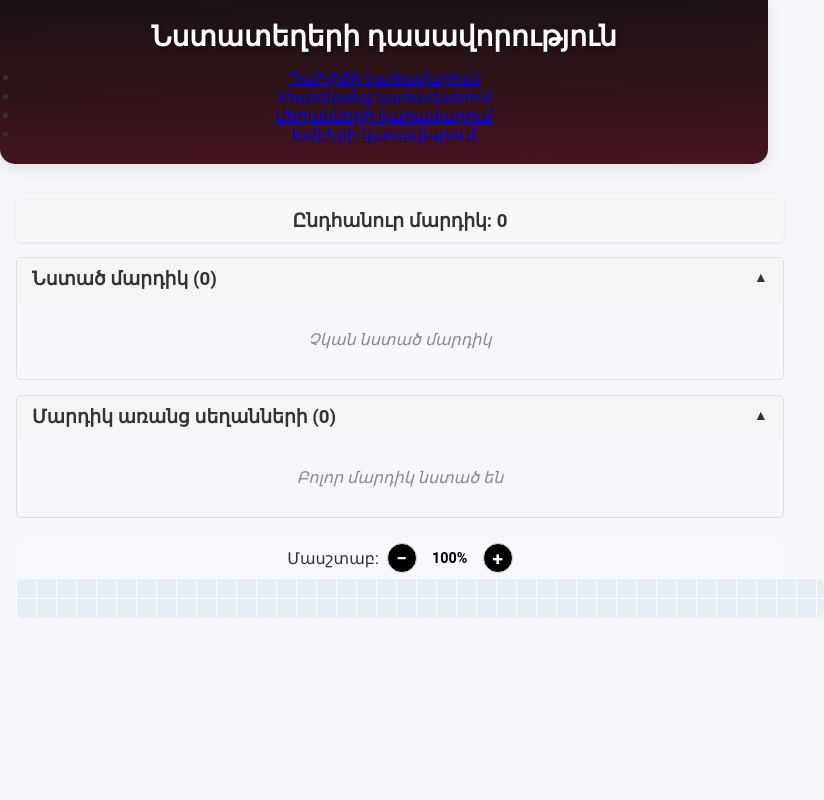
Repository: Vahan-23/Table-V2
Page: /
An editor plug-in stored every save of this project. The page is shown before and after the next save, followed by the edit.
The browser window is 768 px wide. The page is 824 px wide, so the pictures cover 824 px, including what lies to the right of the window. The pictures show the whole page.
The project was rebuilt for these pictures with package versions that can differ from the ones it lists, and the page was loaded fresh each time.

Above is the page before, as saved 2025-03-03 19:16:11.

### src/component/App.css
/* Modern styles for the Seating Arrangement app */

* {
  margin: 0;
  padding: 0;
  font-family: 'Roboto', 'Segoe UI', Arial, sans-serif;
}

body {
  background-color: #f5f7fb;
  color: #333;
}

.app-container {
  display: flex;
  flex-direction: column;
  min-height: 100vh;
}

/* Header Styles */
.app-header {
  background: linear-gradient(179deg, #181213 0%, rgb(71 20 31) 100%);
  padding: 20px;
  border-radius: 0 0 15px 15px;
  box-shadow: 0 4px 15px rgba(0, 0, 0, 0.1);
  margin-bottom: 20px;
}

.header-content {
  display: flex;
  justify-content: space-between;
  align-items: center;
  max-width: 1600px;
  margin: 0 auto;
  width: 100%;
  flex-direction: column;
}

.logo {
  color: white;
  font-size: 28px;
  font-weight: bold;
  text-shadow: 2px 2px 4px rgba(0, 0, 0, 0.3);
  margin-bottom: 15px;
}

.header-controls {
  background: rgba(255, 255, 255, 0.15);
  backdrop-filter: blur(10px);
  padding: 15px;
  border-radius: 12px;
  box-shadow: inset 0 1px 1px rgba(255, 255, 255, 0.1), 0 1px 2px rgba(0, 0, 0, 0.1);
  display: flex;
  width: 80%;
}

.control-group {
  display: flex;
  flex-wrap: wrap;
  gap: 1rem;
  width: 100%;
}

.input-group {
  display: flex;
  gap: 10px;
  margin-bottom: 15px;
  align-items: center;
  justify-content: center;
}

.input-field {
  /* flex: 1; */
  padding: 10px 15px;
  border-radius: 8px;
  border: none;
  font-size: 16px;
  box-shadow: 0 2px 5px rgba(0, 0, 0, 0.1);
}

.input-field2 {
  /* flex: 1; */
  padding: 10px 15px;
  border-radius: 8px;
  border: none;
  font-size: 16px;
  box-shadow: 0 2px 5px rgba(0, 0, 0, 0.1);
}

.input-group input,
.table-controls input {
  height: 38px;
  padding: 0.5rem;
  border: 1px solid #ddd;
  border-radius: 4px;
  outline: none;
  transition: border-color 0.2s;
}

.input-group input:focus,
.table-controls input:focus {
  border-color: #2563eb;
}

.group-input-container {
  position: relative;
  flex: 1;
}

.group-dropdown {
  position: absolute;
  top: 100%;
  left: 0;
  width: 100%;
  max-height: 200px;
  overflow-y: auto;
  z-index: 10;
  background-color: white;
  border: none;
  border-radius: 8px;
  box-shadow: 0 4px 12px rgba(0, 0, 0, 0.15);
  margin-top: 5px;
}

.dropdown-item {
  padding: 10px 15px;
  cursor: pointer;
  border-bottom: 1px solid #eee;
  transition: background-color 0.2s;
}

.dropdown-item:hover {
  background-color: #f5f5f5;
}

.dropdown-item-new {
  padding: 10px 15px;
  cursor: pointer;
  background-color: #f0f0f0;
  font-style: italic;
  border-radius: 0 0 8px 8px;
  z-index: 2;
}

.dropdown-empty {
  padding: 10px 15px;
  color: #666;
}

button {
  cursor: pointer;
  border: none;
  border-radius: 4px;
  padding: 0.5rem 1rem;
  font-weight: 500;
  transition: all 0.2s;
}

.primary-btn {
  width: 100%;
  height: 53px;
  background-color: #2563eb;
  color: white;
  border: none;
  border-radius: 8px;
  font-weight: bold;
  cursor: pointer;
  box-shadow: 0 2px 5px rgba(0, 0, 0, 0.1);
  transition: transform 0.2s, background-color 0.2s;
}

.primary-btn:hover {
  background-color: #1d4ed8;
}

.add-person-btn {
  /* margin-left: 30px; */
  padding: 21px 20px;
  background-color: #2ecc71;
  color: white;
}

.add-person-btn:hover {
  background-color: #27ae60;
  transform: translateY(-2px);
}

.secondary-btn {
  padding: 8px 15px;
  background-color: rgba(255, 255, 255, 0.2);
  color: white;
  border: 1px solid rgba(255, 255, 255, 0.4);
  border-radius: 6px;
  cursor: pointer;
  transition: background-color 0.2s;
}

.secondary-btn:hover {
  background-color: rgba(255, 255, 255, 0.3);
}

.table-controls {
  display: flex;
  align-items: center;
  gap: 10px;
  margin-bottom: 15px;
  flex-direction: column;
}

.chair-count-input {
  height: 38px;
  padding: 0.5rem;
  border: 1px solid #ddd;
  border-radius: 4px;
  outline: none;
  transition: border-color 0.2s;
}

.add-table-btn {
  flex: 1;
  padding: 21px 15px;
  background-color: #3498db;
  color: white;
}

.add-table-btn:hover {
  background-color: #2980b9;
  transform: translateY(-2px);
}

.create-all-tables-btn {
  flex: 2;
  padding: 13px 15px;
  background-color: #9b59b6;
  color: white;
}

.create-all-tables-btn:hover {
  background-color: #8e44ad;
  transform: translateY(-2px);
}

/* Bottom controls section */
.bottom-controls {
  display: flex;
  justify-content: space-between;
  align-items: center;
}

/* Save controls */
.save-controls {
  display: flex;
  align-items: center;
  gap: 0.5rem;
}

/* Zoom controls */
.zoom-controls {
  display: flex;
  align-items: center;
  gap: 8px;
  background-color: rgba(255, 255, 255, 0.2);
  padding: 5px 10px;
  border-radius: 6px;
  justify-content: center;
}

.zoom-btn {
  width: 30px;
  height: 30px;
  border-radius: 50%;
  border: none;
  background-color: rgba(255, 255, 255, 0.3);
  color: white;
  font-size: 18px;
  font-weight: bold;
  cursor: pointer;
  display: flex;
  justify-content: center;
  align-items: center;
}

.zoom-controls button {
  width: 30px;
  height: 30px;
  display: flex;
  align-items: center;
  justify-content: center;
  background-color: #000000;
  border-radius: 50%;
  font-size: 1.2rem;
  padding: 0;
}

.zoom-controls span {
  font-size: 0.9rem;
  min-width: 50px;
  text-align: center;
}

.zoom-percentage {
  color: rgb(0, 0, 0);
  font-weight: bold;
}

/* Groups Container */
.groups-container {
  background-color: rgba(255, 255, 255, 0.1);
  border-radius: 12px;
  padding: 15px;
  margin-top: 15px;
  box-shadow: 0 2px 10px rgba(0, 0, 0, 0.1);
  border: 1px solid rgba(255, 255, 255, 0.2);
}

.groups-header {
  display: flex;
  flex-direction: column;
  gap: 10px;
}

.groups-header h3 {
  color: #ffffff;
  font-size: 1rem;
  font-weight: 500;
}

.groups-title {
  margin: 0 0 10px 0;
  font-size: 20px;
  color: white;
  font-weight: 600;
  border-bottom: 2px solid rgba(255, 255, 255, 0.5);
  padding-bottom: 5px;
  display: inline-block;
}

.groups-wrapper {
  display: flex;
  flex-wrap: nowrap;
  gap: 12px;
  overflow-x: auto;
  padding: 5px 0;
  max-height: 100px;
  max-width: 100%;
  scrollbar-width: thin;
  scrollbar-color: rgba(255, 255, 255, 0.5) transparent;
}

.groups-wrapper::-webkit-scrollbar {
  height: 6px;
  width: 6px;
}

.groups-wrapper::-webkit-scrollbar-track {
  background: #f1f1f1;
  border-radius: 10px;
}

.groups-wrapper::-webkit-scrollbar-thumb {
  background: #3498db;
  border-radius: 10px;
}

.groups-wrapper::-webkit-scrollbar-thumb:hover {
  background: #2980b9;
}

/* Main Content */
.main-content {
  display: flex;
  flex: 1;
  padding: 1rem;
  gap: 20px;
  max-width: 1600px;
  margin: 0 auto;
  width: 100%;
}

/* Sidebar */
.sidebar {
  width: 300px;
  flex-shrink: 0;
}

.unseated-people-list,
.people-list {
  background-color: white;
  border-radius: 8px;
  padding: 15px;
  margin-top: 20px;
  box-shadow: 0 2px 8px rgba(0, 0, 0, 0.1);
  margin-bottom: 1.5rem;
}

.unseated-people-list h3,
.people-list h3 {
  margin-top: 0;
  margin-bottom: 15px;
  color: #333;
  font-size: 18px;
  font-weight: 600;
  border-bottom: 1px solid #e5e7eb;
  padding-bottom: 0.5rem;
}

.unseated-people-grid,
.people-grid {
  display: grid;
  grid-template-columns: repeat(auto-fill, minmax(120px, 1fr));
  gap: 10px;
}

.unseated-person-card,
.person-card {
  position: relative;
  background-color: #f9f9f9;
  border-radius: 6px;
  padding: 10px;
  box-shadow: 0 1px 3px rgba(0, 0, 0, 0.1);
  font-size: 0.9rem;
  display: flex;
  justify-content: space-between;
  align-items: center;
}

.person-card {
  flex-direction: column;
  align-items: flex-start;
  gap: 0.25rem;
}

.person-name {
  display: block;
  font-weight: bold;
  font-size: 14px;
  margin-bottom: 4px;
}

.person-group {
  display: block;
  font-size: 12px;
  color: #666;
}

.group-tag {
  background-color: #e0e7ff;
  color: #4f46e5;
  border-radius: 4px;
  padding: 0.15rem 0.4rem;
  font-size: 0.75rem;
  font-weight: 500;
}

.delete-btn {
  position: absolute;
  top: 5px;
  right: 5px;
  width: 20px;
  height: 20px;
  border-radius: 50%;
  background-color: #e74c3c;
  color: white;
  border: none;
  display: flex;
  align-items: center;
  justify-content: center;
  font-size: 10px;
  cursor: pointer;
  opacity: 0.7;
  transition: opacity 0.2s;
}

.delete-btn:hover {
  background-color: #fee2e2;
  opacity: 1;
}

/* Tables Area */
.tables-area {
  background-image: linear-gradient(rgba(255, 255, 255, 0.8) 1px, transparent 1px),
    linear-gradient(90deg, rgba(255, 255, 255, 0.8) 1px, transparent 1px);
  background-size: 20px 20px;
  background-color: #e6eef5;
  flex: 1;
  min-height: 600px;
  border-radius: 8px;
  padding: 20px;
  position: relative;
  transform-origin: top left;
  display: flex;
  flex-wrap: wrap;
  gap: 2rem;
  align-content: flex-start;
  min-height: 70vh;
}

/* Table Styles */
.table-container {
  background-color: white;
  border-radius: 10px;
  box-shadow: 0 4px 12px rgba(0, 0, 0, 0.08);
  padding: 1rem;
  width: fit-content;
  margin-bottom: 20px;
  flex-shrink: 0;
}

.table-header {
  display: flex;
  justify-content: space-between;
  align-items: center;
  margin-bottom: 1rem;
}

.table-header h3 {
  font-size: 1rem;
  font-weight: 600;
  color: #374151;
}

.delete-table-btn {
  background-color: #fee2e2;
  color: #ef4444;
  font-size: 0.8rem;
  padding: 0.25rem 0.5rem;
}

.delete-table-btn:hover {
  background-color: #fecaca;
}

.table {
  margin: 20px;
  width: 200px;
  height: 200px;
  border: 50px solid #e7d8c7;
  border-radius: 50%;
  display: flex;
  justify-content: center;
  align-items: center;
  background-image: url('../../public/table.jpg');
  background-size: cover;
}

.table-top {
  position: relative;
  top: -15%;
  left: -15%;
}

.chair {
  position: absolute;
  width: 60px;
  height: 60px;
  background-size: cover;
  background-position: center;
  background-repeat: no-repeat;
  color: white;
  display: flex;
  justify-content: center;
  align-items: center;
  border-radius: 50%;
  font-size: 12px;
  text-align: center;
  cursor: pointer;
  transition: transform 0.2s ease, opacity 0.2s ease;
}

.chair:hover {
  transform: scale(1.1);
  opacity: 0.7;
}

/* New Table Dropzone */
.new-table-dropzone {
  width: 300px;
  height: 200px;
  border: 2px dashed #3498db;
  border-radius: 8px;
  display: flex;
  align-items: center;
  justify-content: center;
  background-color: rgba(52, 152, 219, 0.05);
  transition: all 0.3s;
  margin-bottom: 20px;
}

.new-table-dropzone.hovered {
  background-color: rgba(52, 152, 219, 0.47);
  border-color: #4f46e5;
}

.dropzone-content {
  display: flex;
  flex-direction: column;
  align-items: center;
  justify-content: center;
  text-align: center;
  padding: 20px;
  gap: 1rem;
}

.dropzone-icon {
  font-size: 32px;
  color: #3498db;
  margin-bottom: 10px;
}

.dropzone-text {
  font-size: 16px;
  font-weight: bold;
  color: #333;
}

/* Popup styles */
.popup-overlay {
  position: fixed;
  top: 0;
  left: 0;
  right: 0;
  bottom: 0;
  background-color: rgba(0, 0, 0, 0.5);
  display: flex;
  align-items: center;
  justify-content: center;
  z-index: 1000;
}

.popup {
  background-color: white;
  border-radius: 10px;
  padding: 1.5rem;
  min-width: 300px;
  max-width: 400px;
  max-height: 80vh;
  overflow-y: auto;
  box-shadow: 0 10px 25px rgba(0, 0, 0, 0.2);
}

.popup h3 {
  margin-bottom: 1rem;
  color: #374151;
}

.person-selection-list {
  list-style: none;
  margin-bottom: 1rem;
}

.person-selection-list li {
  padding: 0.75rem;
  border-radius: 6px;
  cursor: pointer;
  transition: background-color 0.2s;
}

.person-selection-list li:hover {
  background-color: #f3f4f6;
}

.close-btn {
  background-color: #e5e7eb;
  color: #4b5563;
  width: 100%;
  padding: 0.75rem;
  border-radius: 6px;
  margin-top: 1rem;
}

.close-btn:hover {
  background-color: #d1d5db;
}

/* Fullscreen popup styles */
.fullscreen-popup {
  position: fixed;
  top: 0;
  left: 0;
  width: 100%;
  height: 100%;
  background-color: rgba(0, 0, 0, 0.7);
  z-index: 1000;
  display: flex;
  justify-content: center;
  align-items: center;
}

.fullscreen-popup-overlay {
  position: absolute;
  top: 0;
  left: 0;
  width: 100%;
  height: 100%;
  background-color: rgba(0, 0, 0, 0.7);
  display: flex;
  justify-content: center;
  align-items: center;
}

.fullscreen-popup-content {
  background-color: white;
  border-radius: 8px;
  padding: 20px;
  max-width: 600px;
  width: 90%;
  max-height: 80vh;
  overflow-y: auto;
  box-shadow: 0 10px 25px rgba(0, 0, 0, 0.2);
}

.fullscreen-popup-content h3 {
  margin-top: 0;
  margin-bottom: 20px;
  text-align: center;
  font-size: 18px;
  color: #333;
}

.person-selection-grid {
  display: grid;
  grid-template-columns: repeat(auto-fill, minmax(180px, 1fr));
  gap: 15px;
  margin-bottom: 20px;
  max-height: 60vh;
  overflow-y: auto;
  padding: 10px;
  margin-top: 20px;
}

.person-selection-item {
  background-color: #f9f9f9;
  border: 1px solid #ddd;
  border-radius: 6px;
  padding: 12px;
  cursor: pointer;
  transition: all 0.2s ease;
  display: flex;
  flex-direction: column;
}

.person-selection-item:hover {
  background-color: #e8f4fd;
  transform: translateY(-2px);
  box-shadow: 0 4px 8px rgba(0, 0, 0, 0.1);
}

.person-selection-name {
  display: block;
  font-weight: bold;
  margin-bottom: 4px;
}

.person-selection-group {
  display: block;
  font-size: 12px;
  color: #666;
}

.no-people-message {
  text-align: center;
  padding: 20px;
  color: #666;
  grid-column: 1 / -1;
}

.close-popup-btn {
  display: block;
  margin: 0 auto;
  background-color: #3498db;
  color: white;
  border: none;
  border-radius: 4px;
  padding: 10px 20px;
  font-size: 16px;
  cursor: pointer;
  transition: background-color 0.2s ease;
}

.close-popup-btn:hover {
  background-color: #2980b9;
}

/* Remove person popup */
.remove-person-popup {
  text-align: center;
}

.popup-title {
  text-align: center;
  margin-bottom: 20px;
}

.person-info-card {
  background-color: #f9f9f9;
  padding: 15px;
  border-radius: 8px;
  margin-bottom: 20px;
  box-shadow: 0 2px 4px rgba(0, 0, 0, 0.1);
}

.person-info-name {
  text-align: center;
  font-size: 18px;
  margin: 0 0 10px 0;
  font-weight: bold;
}

.person-info-group {
  text-align: center;
  margin: 0;
  color: #666;
}

.confirmation-text {
  text-align: center;
  margin-bottom: 20px;
  color: #555;
}

.popup-buttons {
  display: flex;
  justify-content: center;
  gap: 15px;
}

.remove-btn {
  padding: 10px 20px;
  background-color: #e74c3c;
  color: white;
  border: none;
  border-radius: 4px;
  cursor: pointer;
  font-weight: bold;
}

.cancel-btn {
  padding: 10px 20px;
  background-color: #7f8c8d;
  color: white;
  border: none;
  border-radius: 4px;
  cursor: pointer;
}

/* Group card styles */
.group-card {
  flex: 0 0 auto;
  min-width: 100px;
  background-color: white;
  border-radius: 6px;
  padding: 8px 12px;
  box-shadow: 0 1px 3px rgba(0, 0, 0, 0.1);
  cursor: grab;
  transition: transform 0.2s, box-shadow 0.2s;
  border-left: 4px solid #3498db;
}

.group-card:hover {
  transform: translateY(-2px);
  box-shadow: 0 3px 6px rgba(0, 0, 0, 0.15);
}

.group-card.dragging {
  opacity: 0.5;
}

.group-name {
  font-weight: 600;
  font-size: 0.9rem;
  color: #2563eb;
  margin-bottom: 5px;
}

.group-count {
  font-size: 0.8rem;
  color: #6b7280;
  margin-top: 0.25rem;
}

/* Responsive adjustments */
@media (max-width: 992px) {
  .header-content {
    flex-direction: column;
    align-items: flex-start;
    gap: 1rem;
  }

  .header-controls {
    width: 100%;
  }

  .main-content {
    flex-direction: column;
  }

  .sidebar {
    width: 100%;
  }
}


.people-section {
  display: flex;
  flex-direction: column;
  gap: 15px;
}

.total-people-counter {
  background-color: #f8f8f8;
  padding: 10px;
  border-radius: 5px;
  text-align: center;
  box-shadow: 0 1px 3px rgba(0, 0, 0, 0.1);
}

.people-box {
  border: 1px solid #ddd;
  border-radius: 5px;
  overflow: hidden;
}

.people-header {
  display: flex;
  align-items: center;
  justify-content: space-between;
  padding: 10px 15px;
  background-color: #f5f5f5;
  cursor: pointer;
}

.people-header:hover {
  background-color: #e9e9e9;
}

.expand-arrow {
  font-size: 14px;
  transition: transform 0.3s ease;
}

.expand-arrow.expanded {
  transform: rotate(180deg);
}

.people-grid-container {
  max-height: 700px;
  overflow-y: auto;
}

.people-grid {
  display: grid;
  grid-template-columns: repeat(auto-fill, minmax(200px, 1fr));
  gap: 10px;
  padding: 10px;
}

.person-card {
  position: relative;
  padding: 10px;
  border-radius: 4px;
  box-shadow: 0 1px 3px rgba(0, 0, 0, 0.1);
  display: flex;
  flex-direction: column;
}

.person-card.seated {
  background-color: rgba(144, 238, 144, 0.2);
  border-left: 3px solid #4CAF50;
}

.person-card.unseated {
  background-color: rgba(255, 235, 205, 0.2);
  border-left: 3px solid #FFA500;
}

.person-name {
  font-weight: bold;
  margin-bottom: 4px;
}

.person-group {
  font-size: 12px;
  color: #666;
}

.delete-btn {
  position: absolute;
  top: 5px;
  right: 5px;
  width: 20px;
  height: 20px;
  border-radius: 50%;
  background-color: #ff6b6b;
  color: white;
  border: none;
  display: flex;
  align-items: center;
  justify-content: center;
  cursor: pointer;
  font-size: 10px;
}

.delete-btn:hover {
  background-color: #ff5252;
}

.empty-message {
  grid-column: 1 / -1;
  padding: 20px;
  text-align: center;
  color: #888;
  font-style: italic;
}

/* Scrollbar styling */
.people-grid-container::-webkit-scrollbar {
  width: 8px;
}

.people-grid-container::-webkit-scrollbar-track {
  background: #f1f1f1;
  border-radius: 4px;
}

.people-grid-container::-webkit-scrollbar-thumb {
  background: #888;
  border-radius: 4px;
}

.people-grid-container::-webkit-scrollbar-thumb:hover {
  background: #555;
}

/* Split header sections styling */
.header-sections {
  display: flex;
  width: 100%;
  height: 400px;
  gap: 20px;
  margin-top: 20px;
  justify-content: space-between;
}

.header-section {
  /* flex: 1 1; */
  display: flex;
  height: auto;
  background-color: #f7f8fc;
  border-radius: 8px;
  padding: 16px;
  box-shadow: 0 2px 5px rgba(0, 0, 0, 0.05);
  flex-direction: column;
  justify-content: flex-start;


}

.section-main-title {
  color: #3a3a3a;
  margin-top: 0;
  margin-bottom: 16px;
  padding-bottom: 8px;
  border-bottom: 1px solid #e5e5e5;
  font-size: 18px;
}

/* People section specific */
.people-section .input-row {
  display: flex;
  gap: 10px;
  margin-bottom: 15px;
  flex-direction: column;
}

.people-section .data-management {
  margin-top: 20px;
}

/* Table section specific */
.tables-section .table-controls-row {
  display: flex;
  align-items: center;
  gap: 10px;
  margin-bottom: 15px;
  flex-direction: column;
  align-items: flex-end;
}

.tables-section .chair-count-container {
  display: flex;
  align-items: center;
  gap: 23px;
  justify-content: center;
}

.table-count-container {
  display: flex;
  align-items: center;
  gap: 8px;
}

.table-count-input {
  width: 60px;
}

.tables-section .chair-count-input {
  width: 60px;
}

.tables-section .zoom-controls {
  display: flex;
  align-items: center;
  margin-top: 20px;
  gap: 10px;
}

.zoom-buttons {
  display: flex;
  align-items: center;
}

.zoom-btn {
  width: 30px;
  height: 30px;
  display: flex;
  align-items: center;
  justify-content: center;
  border-radius: 4px;
  background-color: #f0f0f0;
  border: 1px solid #ddd;
  cursor: pointer;
}

.zoom-percentage {
  margin: 0 8px;
  min-width: 50px;
  text-align: center;
}

.data-buttons {
  display: flex;
  flex-direction: column;
  align-items: stretch;
}

.hall-management {
  background-color: #f9f9f9;
  border-radius: 8px;
  padding: 15px;
  /* margin-bottom: 20px; */
  box-shadow: 0 2px 5px rgba(0, 0, 0, 0.1);
}

.hall-controls {
  display: flex;
  /* flex-wrap: wrap; */
  gap: 15px;
  margin-top: 10px;
  flex-direction: column;

}

.hall-dropdown-container {
  flex: 1;
  min-width: 250px;
}

.hall-select {
  width: 100%;
  padding: 10px;
  border-radius: 4px;
  border: 1px solid #ddd;
  font-size: 16px;
}

.hall-buttons {
  display: flex;
  gap: 10px;
  flex-wrap: wrap;
}

.current-hall-info {
  margin-top: 15px;
  padding: 10px;
  background-color: #e8f4fd;
  border-radius: 4px;
}

.hall-form {
  display: flex;
  flex-direction: column;
  gap: 15px;
  margin: 20px 0;
}

.form-group {
  display: flex;
  flex-direction: column;
  gap: 5px;
}

.form-group label {
  font-weight: bold;
}

.create-hall-btn {
  background-color: #4CAF50;
}

.save-hall-btn {
  background-color: #2196F3;
}

.delete-hall-btn {
  width: 100%;
  height: 53px;
  background-color: #f44336;
  color: white;
}

.delete-hall-btn:hover {
  width: 100%;
  height: 53px;
  background-color: #f44336ab;
  color: white;
}

.hall-management-container {
  width: 100%;
  margin-bottom: 20px;
}

Loaded but not shown: public/index.html (common file); src/index.js (common file); src/index.css (common file); src/reportWebVitals.js (common file); src/App.css (common file); src/App.js (12 lines, source omitted); src/component/SeatingArrangement.jsx (1456 lines, source omitted)

After the next save:
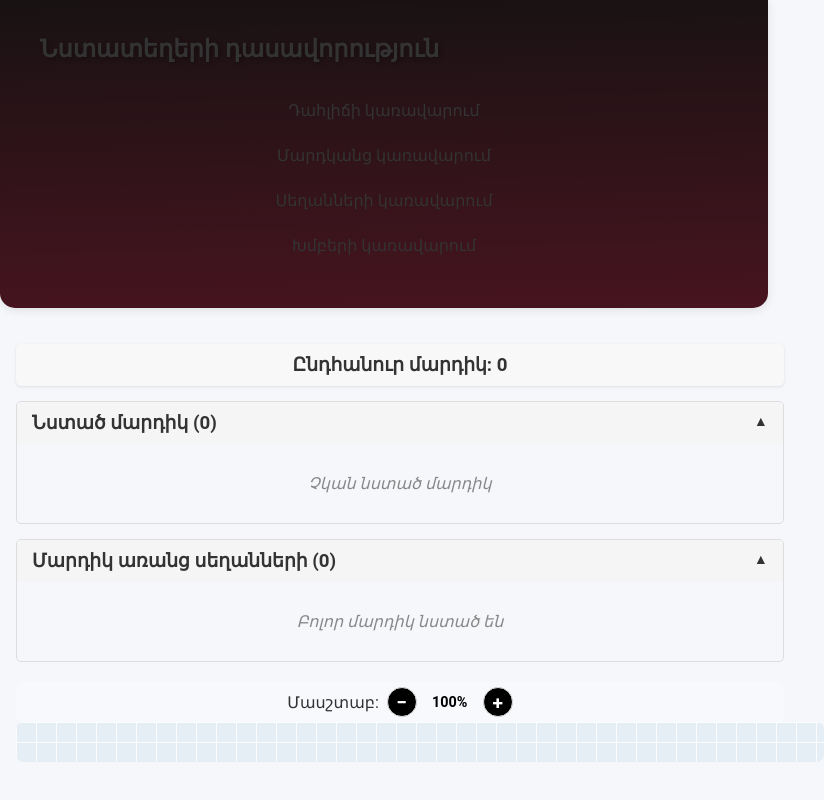
Saved 27 s later.
--- a/src/component/App.css
+++ b/src/component/App.css
@@ -1229,3 +1229,121 @@ button {
   width: 100%;
   margin-bottom: 20px;
 }
+
+
+/* Navigation header styles */
+.app-header {
+  background-color: #fff;
+  box-shadow: 0 2px 10px rgba(0, 0, 0, 0.1);
+  position: relative;
+  z-index: 100;
+}
+
+.header-top {
+  display: flex;
+  justify-content: space-between;
+  align-items: center;
+  padding: 15px 20px;
+  max-width: 1200px;
+  margin: 0 auto;
+}
+
+.logo {
+  font-size: 24px;
+  font-weight: bold;
+  color: #333;
+}
+
+/* Navigation */
+.main-nav {
+  flex: 1;
+  display: flex;
+  justify-content: flex-end;
+}
+
+.nav-list {
+  display: flex;
+  list-style: none;
+  margin: 0;
+  padding: 0;
+}
+
+.nav-item {
+  position: relative;
+  margin-left: 20px;
+}
+
+.nav-link {
+  color: #333;
+  text-decoration: none;
+  font-weight: 500;
+  padding: 8px 12px;
+  border-radius: 4px;
+  transition: background-color 0.2s;
+  display: block;
+}
+
+.nav-item:hover .nav-link {
+  background-color: #f5f5f5;
+}
+
+.nav-item.active .nav-link {
+  background-color: #eaeaea;
+}
+
+/* Dropdown menus */
+.dropdown-menu {
+  position: absolute;
+  top: 100%;
+  right: 0;
+  background-color: #fff;
+  box-shadow: 0 4px 12px rgba(0, 0, 0, 0.15);
+  border-radius: 4px;
+  width: 300px;
+  padding: 15px;
+  margin-top: 5px;
+  z-index: 100;
+}
+
+.dropdown-content {
+  max-height: 400px;
+  overflow-y: auto;
+}
+
+.section-title {
+  font-size: 18px;
+  margin-bottom: 15px;
+  color: #333;
+  border-bottom: 1px solid #eee;
+  padding-bottom: 8px;
+}
+
+/* Responsive adjustments */
+@media (max-width: 768px) {
+  .header-top {
+    flex-direction: column;
+    align-items: flex-start;
+  }
+
+  .main-nav {
+    width: 100%;
+    margin-top: 15px;
+  }
+
+  .nav-list {
+    flex-direction: column;
+    width: 100%;
+  }
+
+  .nav-item {
+    margin-left: 0;
+    margin-bottom: 10px;
+  }
+
+  .dropdown-menu {
+    position: static;
+    width: 100%;
+    box-shadow: none;
+    border: 1px solid #eee;
+  }
+}
